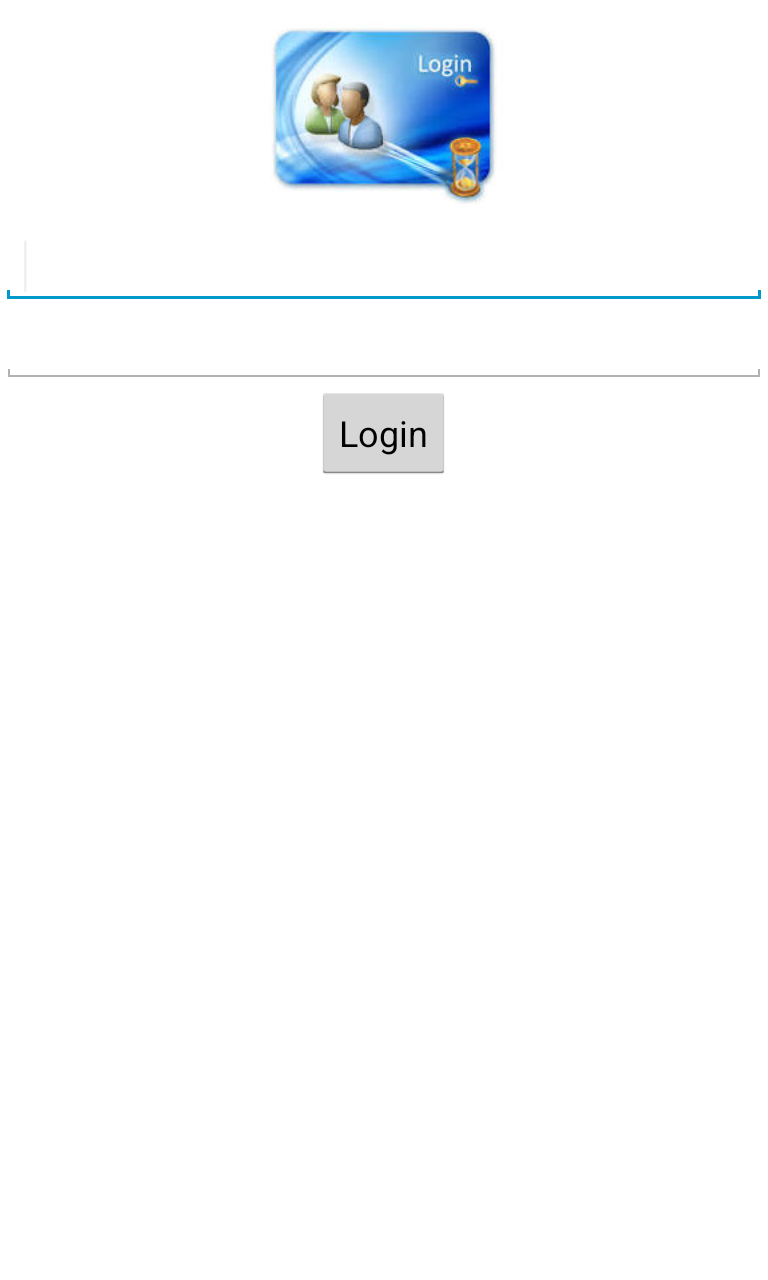
Repository: droidexample/some-practises-sample-example
Layout: CustomDialogLayout/res/layout/login_dialog.xml
An editor plug-in stored every save of this project. The layout is shown before and after the next save, followed by the edit.
It is drawn on a 768 x 1280 px phone screen (xhdpi) without system bars, with theme AppTheme; the app's code is not run.

Above is the layout before, as saved 2015-06-15 08:20:04.

After the next save:
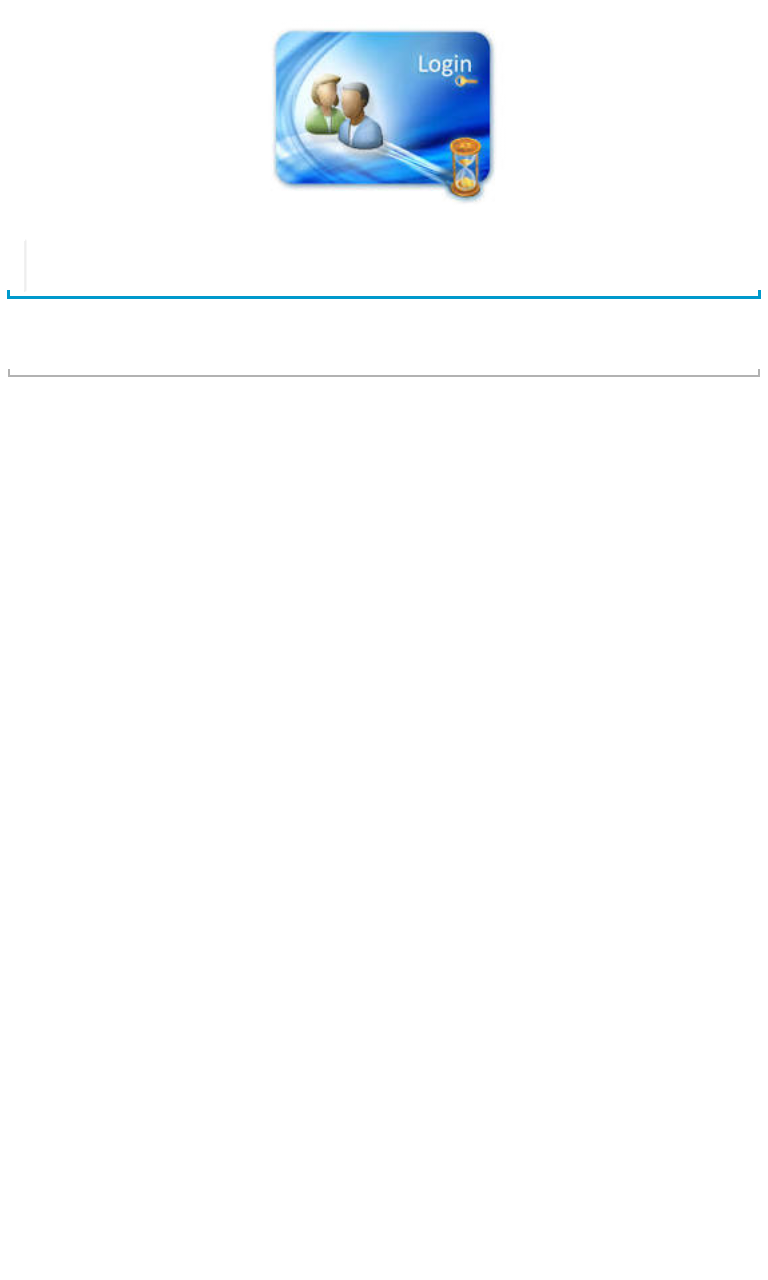
Saved 2 min 15 s later.
--- a/CustomDialogLayout/res/layout/login_dialog.xml
+++ b/CustomDialogLayout/res/layout/login_dialog.xml
@@ -29,12 +29,5 @@
         android:ems="10"
         android:inputType="textPassword" />
 
-    <Button
-        android:id="@+id/button1"
-        android:layout_width="wrap_content"
-        android:layout_height="wrap_content"
-        android:layout_gravity="center"
-        android:onClick="login"
-        android:text="Login" />
 
 </LinearLayout>
